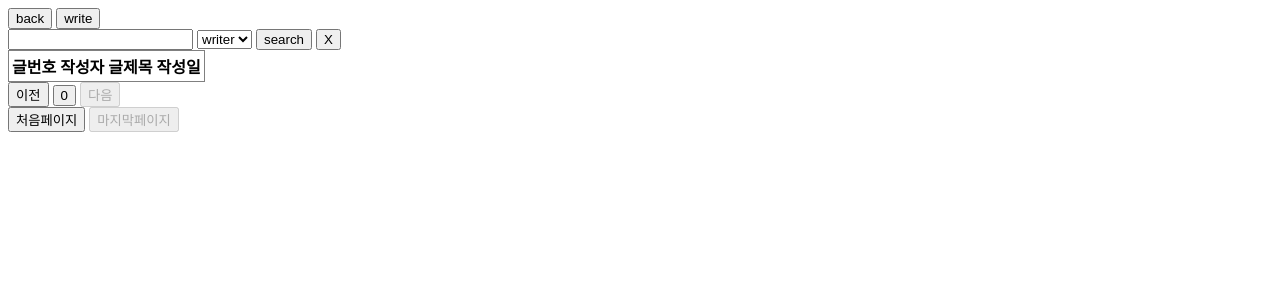
Repository: phoresis92/KITRI-spring
Page: http://localhost/springWeb/WEB-INF/views/board/list.jsp
An editor plug-in stored every save of this project. The page is shown before and after the next save, followed by the edit.
The browser window is 1280 px wide. The pictures show the whole page.
The page is served by Tomcat 9. Nobody is signed in. The template is opened directly, without the code that normally fills it, so the values that code supplies are empty.

Above is the page before, as saved 2019-01-28 05:16:59.

After the next save:
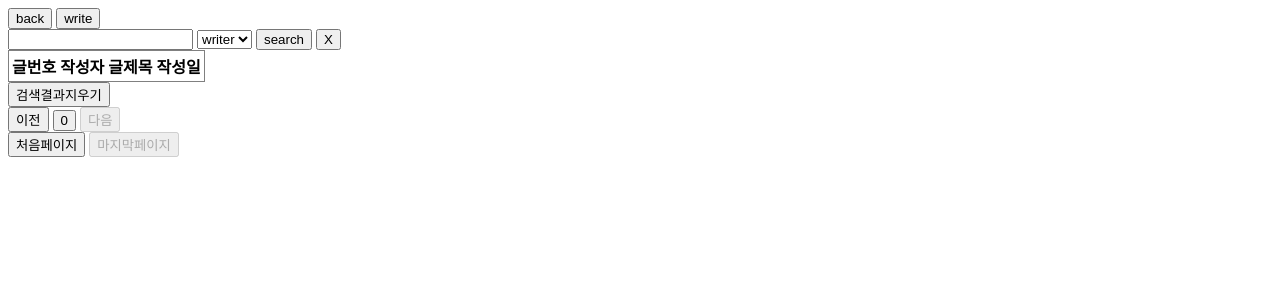
Console error: ReferenceError: type is not defined
Saved 8 min 14 s later.
--- a/springWeb/src/main/webapp/WEB-INF/views/board/list.jsp
+++ b/springWeb/src/main/webapp/WEB-INF/views/board/list.jsp
@@ -118,6 +118,43 @@
 		$('#pre_view_result').css('display',"none");
 	})
 
+
+
+
+	//==============================================================================
+		var param = "type="+type+"&word="+w;
+		$.ajax({
+			type: 'POST',
+			url: '${ pageContext.request.contextPath}/board/getJsonList',
+			data: param,
+			success: function(data){
+				console.log(data);
+				var obj = eval('('+data+')');
+				var str = "<table border= '1'";
+				str += "<tr><td>num</td><td>title</td><td>writer</td></tr>"
+				for(i=0; i< arr.length; i++){
+					str+= "<tr>";
+					str+= "<td>"+arr[i].num+"</td>";
+					str+= "<td>"+arr[i].title+"</td>";
+					str+= "<td>"+arr[i].writer+"</td>";
+					str+= "</tr>";
+
+					$('#resultList').html(str);
+
+				}
+
+
+			}
+		});
+
+		$('#clear').click(function(){
+			$('#resultList').html('');
+		})
+
+	//==============================================================================
+
+
+
 })
 
 
@@ -191,6 +228,8 @@
 </table>
 
 
+<input type="button" id="clear" value="검색결과지우기">
+<div id="resultList"></div>
 
 <div id="paging">
 
